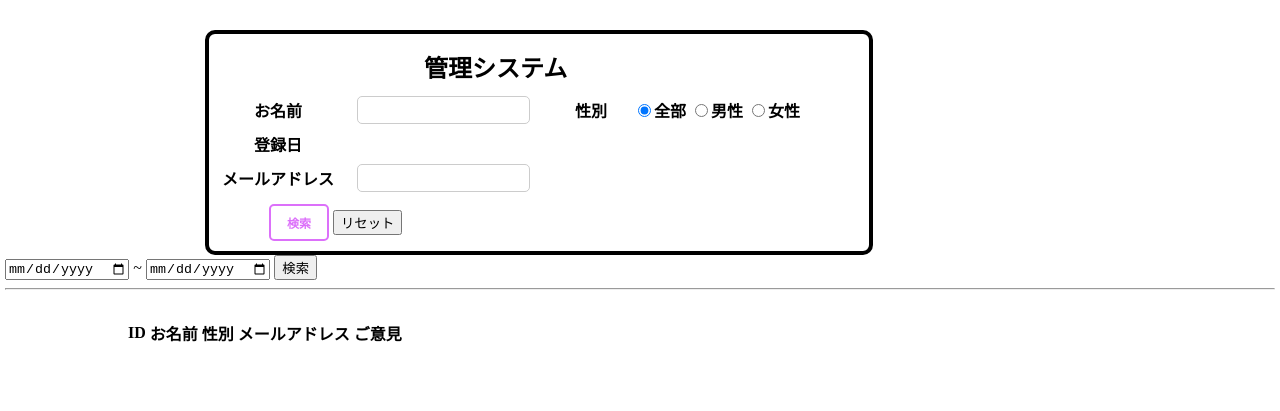
Repository: azuma2/kadai
Page: http://localhost/kanri
The author's editor kept a copy of each file at every save. The page is drawn from the files as they stood at one save, then again after the next save.
The browser window is 1280 px wide. The pictures show the whole page.
The page is served by the project's Laravel application, run on PHP 8.4 with Laravel 8. Other server files are loaded and not shown. Queries for data that is not in the repository find no rows.

Above is the page before, as saved 2022-06-02 03:19:31.

### routes/web.php
<?php

use Illuminate\Support\Facades\Route;
use App\Http\Controllers\TodoController;

Route::get('/', [TodoController::class, 'index']);
Route::get('/kakunin', [TodoController::class, 'index2']);
Route::get('/san', [TodoController::class, 'index3']);
Route::get('/kanri', [TodoController::class, 'index4']);

Route::post('/todo/create', [TodoController::class, 'create']);
Route::post('/todo/delete', [TodoController::class, 'remove']);



use App\Http\Controllers\AuthorController;
Route::get('/', [AuthorController::class, 'index']);
Route::post('/add', [AuthorController::class, 'create']);
Route::post('/edit', [AuthorController::class, 'update']);
Route::get('/edit', [AuthorController::class, 'edit']);



Route::get('/zz', [TodoController::class, 'zz0']);
Route::get('/kari', [TodoController::class, 'index2']);
Route::post('/kari', [TodoController::class, 'kari']);



Route::get('/test', [TodoController::class, 'index99']);
Route::post('/test2', [TodoController::class, 'confirm']);
Route::post('/test/complete', [TodoController::class, 'complete']);

Route::post('/test/complete2', [TodoController::class, 'complete2']);

Route::get('/serch', [TodoController::class, 'serch'])
    ->name('posts.index');

### app/Http/Controllers/TodoController.php
<?php

namespace App\Http\Controllers;

use App\Models\Todo;
use Illuminate\Http\Request;
use Illuminate\Support\Facades\DB;
use Illuminate\Pagination\Paginator;
use Carbon\Carbon;
use App\Date;

class TodoController extends Controller
{
    public function index(Request $request)
    {
        $items = Todo::all();

         $items = DB::select('select * from todos');
        return view('/');
    }


    public function index2(Request $request)
    {
        $items = Todo::all();
        return view('kakunin', compact('items'));
    }

    public function index3()
    {
        $items = Todo::all();
        return view('san', ['items' => $items]);
    }

    public function index4()
    {
        $items = Todo::all();
        $items = Todo::Paginate(10);
        return view('kanri', ['items' => $items]);
    }



    public function remove(Request $request)
    {
        Todo::find($request->id)->delete();
        return redirect('/kanri');
    }






public function zz0(Request $request)
    {
        $data = ['msg'=>"テキストボックスに入力してください。"];
        return view('/zz', $data);
    }

    public function kari(Request $request)
    {
        $data = $request->all();
        $request->session()->put($data);
        $data = [
            'fname'=>$request->fname,
            'name'=>$request->name,
            'gender'=>$request->gender,
            'email'=>$request->email,
            'postcode'=>$request->postcode,
            'address'=>$request->address,
            'building_name'=>$request->building_name,
            'opinion'=>$request->opinion,
            'msg'=>"入力値を元に表示しています。"

        ];
        return view('/kakunin', $data);
    }

        public function create(Request $request)
    {
        $this->validate($request, Todo::$rules);
        $form = $request->all();
        Todo::create($form);
        $param = [
            'fname' => $request->fname,
            'name' => $request->name,
            'gender'=>$request->gender,
            'email'=>$request->email,
            'postcode'=>$request->postcode,
            'address'=>$request->address,
            'building_name'=>$request->building_name,
            'opinion'=>$request->opinion,
        ];

        return view('/san', $param);
    }


public function complete2()
{
    $data = session()->all(); // ２）
    DB::table('todos')->insert([
            'fname' => $data["fname"],
            'name' => $data["name"],
            'gender'=>$data["gender"],
            'email'=>$data["email"],
            'postcode'=>$data["postcode"],
            'address'=>$data["address"],
            'building_name'=>$data["building_name"],
            'opinion'=>$data["opinion"]
    ]); // ３）
    return view('san');
}












public function serch(Request $request)
    {
        $keyword = $request->input('keyword');
        $keyword2 = $request->input('keyword2');
        $gender2 = $request->input('gender2');
        $from = $request->input('from');
        $until = $request->input('until');

        $query = Todo::query();

        if(!empty($keyword)) {
            $query->where('name', 'LIKE', "%{$keyword}%")
                ->orWhere('fname', 'LIKE', "%{$keyword}%");
        }

        if(!empty($keyword2)) {
            $query->where('email', 'LIKE', "%{$keyword2}%");
        }

        if(!empty($gender2)) {
            $query->where('gender', 'LIKE', "%{$gender2}%");
        }

         if (!empty($from) && !empty($until)) {
            //ハッシュタグの選択された20xx/xx/xx ~ 20xx/xx/xxのレポート情報を取得
            $query->whereBetween('updated_at', [$from, $until]);
        } else {
            //リクエストデータがなければそのままで表示
            $item = Todo::get();
        }







        $items = $query->get();
        $items = $query->paginate(10)->withQueryString();



        return view('kanri', compact('items', 'keyword'));
    }















    public function index99()
{
        $items = Todo::all();
        $items = Todo::Paginate(10);
        return view('test', ['items' => $items]);
}

// 確認フォーム
public function confirm(Request $request)
{
    $data = $request->all();
    $request->session()->put($data); // １）

    return view('confirm', compact("data"));
}

// 完了フォーム
public function complete()
{
    $data = session()->all(); // ２）
    DB::table('todos')->insert([

            'fname' => $data["fname"],
            'email' => $data["email"]
    ]); // ３）
    return view('complete');
}
}

### app/Models/Todo.php
<?php

namespace App\Models;

use Illuminate\Database\Eloquent\Factories\HasFactory;
use Illuminate\Database\Eloquent\Model;

class Todo extends Model
{
    use HasFactory;


    protected $fillable = ['fname', 'name', 'gender','email','postcode','address','building_name','opinion','created_at','updated_at'];

    public static $rules = array(
        'fname' => 'required',
        'name' => 'required',
        'gender' => 'required|max:20',
        'email' => 'required',
        'postcode' => 'required',
        'address' => 'required',
        'opinion' => 'required|max:200',
    );

    public function getDetail()
    {
        $txt = 'ID:'.$this->id . ' ' . $this->fname . '(' . $this->name .  '才'.') '.$this->gender.$this->email.$this->postcode.$this->address.$this->opinion;
        return $txt;
    }

    public static function getDate($from, $until)
    {
        //updated_atが20xx/xx/xx ~ 20xx/xx/xxのデータを取得
        $item = Todo::whereBetween("updated_at", [$from, $until])->get();
        return $item;
    }

}

### resources/views/kanri.blade.php
@extends('layouts.default')
<style>
.otoiawase{
    padding-left: 200px;
    margin: 5px;

}

form{
  margin: 0px;
}


.input{
    width: 80%;
    padding: 5px;
    border-radius: 5px;
    border: 1px solid #ccc;
    appearance: none;
    font-size: 14px;
    outline: none;
}

.input2{
    width: 90%;
    padding: 5px;
    border-radius: 5px;
    border: 1px solid #ccc;
    appearance: none;
    font-size: 14px;
    outline: none;
}

.input3{
    width: 90%;
    padding: 5px;
    border-radius: 5px;
    border: 1px solid #ccc;
    appearance: none;
    font-size: 14px;
    outline: none;
    height: 10em;
}



    .button {
    text-align: left;
    border: 2px solid #dc70fa;
    font-size: 12px;
    color: #dc70fa;
    background-color: #fff;
    font-weight: bold;
    padding: 8px 16px;
    border-radius: 5px;
    cursor: pointer;
    transition: 0.4s;
    outline: none;
        margin-left: 50px;
        margin-top: 5px;
}
    body {
      font-size:16px;
      margin: 30px;

    }


        td {
      padding: 5px 10px;
      text-align: center;
    }

    .narabe{
      padding: 20px;
      margin-left:100px ;

    }

    .button {
    text-align: left;
    border: 2px solid #dc70fa;
    font-size: 12px;
    color: #dc70fa;
    background-color: #fff;
    font-weight: bold;
    padding: 8px 16px;
    border-radius: 5px;
    cursor: pointer;
    transition: 0.4s;
    outline: none;
}

    .card {
    background-color: #fff;
    width: 50vw;
    padding: 10px;
    border-radius: 10px;
    border: 4px solid;
    margin-left: 200px;
    margin-top: 30px;
}
    h1 {
      font-size:32px;
      color:white;
      text-shadow:1px 0 5px #289ADC;
      margin-left: 1px
    }
    .content {
      margin:10px;
    }

    .th{
      border-bottom: solid;
    }

    table td {
    max-width: 300px;
    overflow: hidden;
    text-overflow: ellipsis;
    white-space: nowrap;
}

table td:hover {
    white-space: normal;
}


    svg.w-5.h-5 {  /*paginateメソッドの矢印の大きさ調整のために追加*/
    width: 30px;
    height: 30px;
    }

</style>
  <div class="card">
    <h2 class="otoiawase">管理システム</h2>
      <table>
        <tr>
          <th>
            お名前
          </th>
          <td>
    <form action="/serch" method="GET">
            @csrf
            <input type="text" class="input2" name="keyword" >
          </td>
          <td>

          </td>
          <th>
            性別
          </th>
          <td>
              <th class="radio">
                <label><input checked  type="radio" value="性"  name="gender2" {{ old("gender") == "性" ? 'checked' : ''}}>全部</label>
            </th>
            <th class="radio">
              <label><input type="radio"  value="男性" name="gender2" {{ old("gender") == "男性" ? 'checked' : ''}}>男性</label>
            </th>
            <th class="radio">
              <label><input type="radio" value="女性" name="gender2" {{ old("gender") == "女性" ? 'checked' : ''}}>女性</label>
          </td>
        </tr>
        <tr>
          <th>
            登録日
          </th>
          <td>


          </td>
          <td>

          </td>
          <td>

          </td>
        </tr>
        <tr>
          <th>
            メールアドレス
          </th>
          <td>
            <input type="text" class="input2"  name="keyword2">
          </td>
        </tr>
      </table>


  <input type="submit" class="button" value="検索">
  <input type="reset" value="リセット" onclick="location.href='/kanri'">
</form>

  </div>

<form action="/serch" method="GET">
    <input type="date" name="from" placeholder="from_date">
        <span class="mx-3 text-grey">~</span>
    <input type="date" name="until" placeholder="until_date">
    <button type="submit">検索</button>
</form>




{{ $items->links() }}

  <hr>
  <div class="narabe">
    <table>
      <tr class="midasi">
        <th>ID</th>
        <th>お名前</th>
        <th>性別</th>
        <th>メールアドレス</th>
        <th>ご意見</th>
        <th></th>
      </tr>

      <tr>
        @foreach ($items as $item)
        <td>
          {{$item->id}}
        </td>
        <td>
          {{$item->fname}} {{$item->name}}
        </td>
        <td>
          {{$item->gender}}
        </td>
        <td>
          {{$item->email}}
        </td>
        <td>
          {{$item->opinion}}
        </td>
        <td>

          <form action="/todo/delete" method="post" >
              @csrf
            <input  type="hidden" name="id" value="{{$item->id}}" >
            <input class="button" type="submit" value="削除" >
          </form>
        </td>
      </tr>
    @endforeach
    </table>
  </div>

### resources/views/layouts/default.blade.php
<!DOCTYPE html>
<html lang="ja">
<head>
    <meta charset="UTF-8">
    <meta name="viewport" content="width=device-width, initial-scale=1.0">
    <title>@yield('title')</title>
    <style>
    body {
      font-size:16px;
      margin: 5px;
    }
    h1 {
      font-size:60px;
      color:white;
      text-shadow:1px 0 5px #289ADC;
      letter-spacing:-4px;
      margin-left: 10px
    }
    .content {
      margin:10px;
    }
    </style>
  </head>
  <body>
    <h1>@yield('title')</h1>
    <div class="content">
    @yield('content')
    </div>
</body>
</html>

Loaded but not shown: app/Http/Controllers/Controller.php (common file)

After the next save:
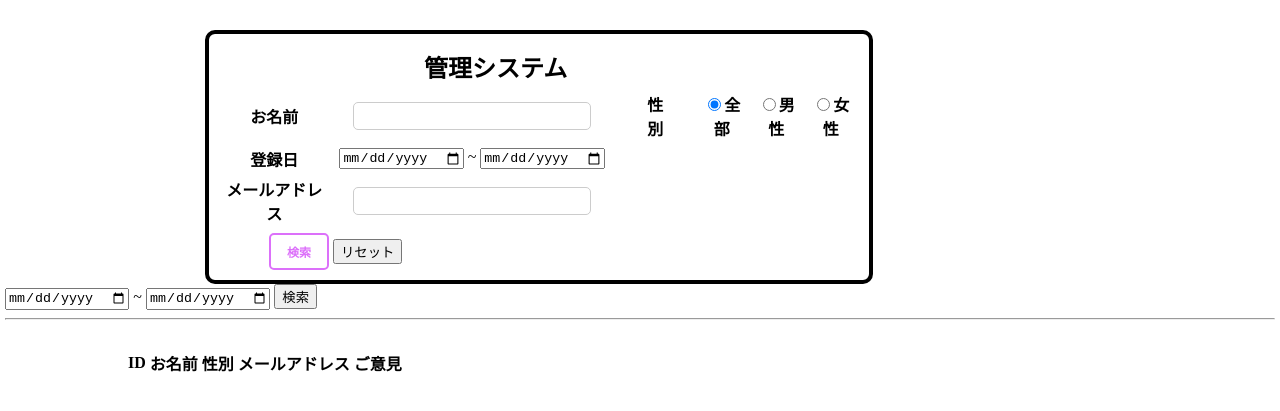
Saved 19 s later.
--- a/resources/views/kanri.blade.php
+++ b/resources/views/kanri.blade.php
@@ -166,7 +166,9 @@ table td:hover {
             登録日
           </th>
           <td>
-
+                <input type="date" name="from" placeholder="from_date">
+        <span class="mx-3 text-grey">~</span>
+    <input type="date" name="until" placeholder="until_date">
 
           </td>
           <td>
